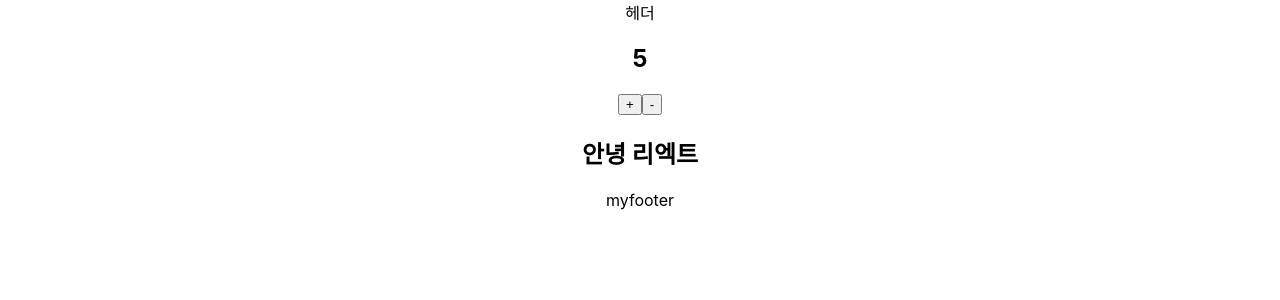
Repository: jins4731/daily-note
Page: / (app in React/reactexam1/)
The author's editor kept a copy of each file at every save. The page is drawn from the files as they stood at one save, then again after the next save.
The browser window is 1280 px wide. The pictures show the whole page.
The project was rebuilt for these pictures with package versions that can differ from the ones it lists, and the page was loaded fresh each time.

Above is the page before, as saved 2023-04-06 20:08:24.

### React/reactexam1/src/App.js
import './App.css';

import MyHeader from './MyHeader'
import MyFooter from './MyFooter';
import Counter from './Counter';
function App() {
  return (
    <div className="App">
      <MyHeader/>
      <Counter a={1} initialValue={5}/>
      <h2>안녕 리엑트</h2>
      <MyFooter/>
    </div>
  );
}

export default App;

### React/reactexam1/src/MyHeader.js
const MyHeader = () => {
    return <header>헤더</header>;
};

export default MyHeader;

### React/reactexam1/src/MyFooter.js
const MyFooter = () => {
    return <footer>myfooter</footer>;
}

export default MyFooter;

### React/reactexam1/src/Counter.js
import React, {useState} from 'react';
import OddEvenResult from './OddEvenResult';

const Counter = (props) => {
    console.log(props);
    const [count, setCount] = useState(props.initialValue);

    const onIncrease = () => {
        setCount(count+1);
    }

    const onDecrease = () => {
        setCount(count-1);
    }
    return (
        <div>
            <h2>{count}</h2>
            <button onClick={onIncrease}>+</button>
            <button onClick={onDecrease}>-</button>
            <OddEvenResult count={count}/>
        </div>
    )
}

export default Counter;

### React/reactexam1/src/OddEvenResult.js
const OddEvenResult = (count) => {
    console.log(count);
    return <></>
}

export default OddEvenResult;

Loaded but not shown: React/reactexam1/public/index.html (common file); React/reactexam1/src/index.js (common file); React/reactexam1/src/index.css (common file); React/reactexam1/src/App.css (common file)

After the next save:
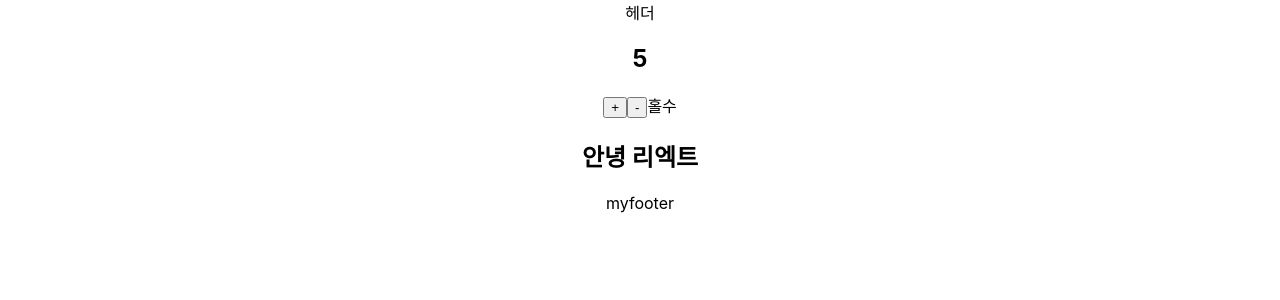
Saved 72 s later.
--- a/React/reactexam1/src/OddEvenResult.js
+++ b/React/reactexam1/src/OddEvenResult.js
@@ -1,6 +1,8 @@
 const OddEvenResult = (count) => {
     console.log(count);
-    return <></>
+    return <>{
+        count%2 == 0 ? "짝수" : "홀수"
+    }</>;
 }
 
 export default OddEvenResult;
